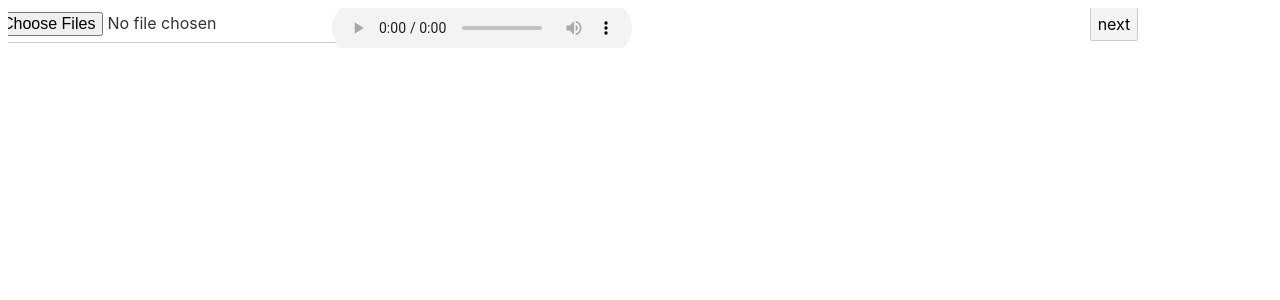
Repository: cgaof/local-music
Page: /
The author's editor kept a copy of each file at every save. The page is drawn from the files as they stood at one save, then again after the next save.
The browser window is 1280 px wide. The pictures show the whole page.
The project was rebuilt for these pictures with package versions that can differ from the ones it lists, and the page was loaded fresh each time. Also part of the build but not shown: webpack.config.js.

Above is the page before, as saved 2020-07-23 10:32:27.

### src/App.svelte
<div class="body">
	<input type="file" id="file" multiple on:change={handleChangeFile}>
	<audio id="audio_id" bind:this={audioDom} poster="http://img.lanrentuku.com/img/allimg/1810/15409966139768.jpg" controls autoplay on:ended={handleMusicEnded} src={src} >Your browser can't support HTML5 Audio</audio>
	<h2 id="name">{name}</h2>
	<button id="next" on:click={handleChangeMusic}>next</button>
</div>
<script>
			let audioDom = null;
			let name = "";
			let src = null;
      const audioList = [];
			let audioIdx = 0;
			function handleChangeFile () {
				const files = file.files;
        const len = files.length;
        let i = 0;
        while (i < len) {
          const obj = {
            title: files[i].name.replace(/\..*$/, ''),
            url: URL.createObjectURL(files[i])
          };
          audioList.push(obj);
          i++;
        };
        nextAudio();
        mediasession();
			}
			function handleChangeMusic() {
				nextAudio();
			}
			function handleMusicEnded() {
				nextAudio();
			}
      /**
       * pre 有值代表播放上一首
      */
      function nextAudio(pre) {
        if (audioIdx >= audioList.length) {
          audioIdx = 0;
        }
        if (audioIdx <= 0) {
          audioIdx = audioList.length - 1;
        }
        const { url, title } = audioList[audioIdx];
        src = url;
        name = title;
        if ('mediaSession' in navigator) {
          navigator.mediaSession.metadata = new MediaMetadata({
            title: title,
            artist: '未知',
            artwork: [
              {src: 'http://img.lanrentuku.com/img/allimg/1810/15409966139768.jpg', sizes: '192x192'}
            ]
          });
        }
        if (pre) {
          audioIdx += -1;
        } else {
          audioIdx++;
        }
      };
      function mediasession() {
        if ('mediaSession' in navigator) {
          const ms = navigator.mediaSession;
          ms.setActionHandler('play', function() {
            audioDom.play();
          });
          ms.setActionHandler('nexttrack', function() {
            nextAudio();
          });
          ms.setActionHandler('previoustrack', function() {
            nextAudio('pre');
          });
          ms.setActionHandler('pause', function() {
            audioDom.pause();
          });
        }
      }
</script>

<style>
	.body {
    display: grid;
    grid-template-columns: repeat(4, 25%);
    grid-template-rows: repeat(1, 40px);
    justify-items: center;
    align-items: center;
    overflow: hidden;
    word-wrap: break-word;
  }
  h2 {
    width: 100%;
    white-space: nowrap;
    overflow: hidden;
    text-overflow: ellipsis;
  }
</style>

### public/global.css
html, body {
	position: relative;
	width: 100%;
	height: 100%;
}

body {
	color: #333;
	margin: 0;
	padding: 8px;
	box-sizing: border-box;
	font-family: -apple-system, BlinkMacSystemFont, "Segoe UI", Roboto, Oxygen-Sans, Ubuntu, Cantarell, "Helvetica Neue", sans-serif;
}

a {
	color: rgb(0,100,200);
	text-decoration: none;
}

a:hover {
	text-decoration: underline;
}

a:visited {
	color: rgb(0,80,160);
}

label {
	display: block;
}

input, button, select, textarea {
	font-family: inherit;
	font-size: inherit;
	padding: 0.4em;
	margin: 0 0 0.5em 0;
	box-sizing: border-box;
	border: 1px solid #ccc;
	border-radius: 2px;
}

input:disabled {
	color: #ccc;
}

input[type="range"] {
	height: 0;
}

button {
	background-color: #f4f4f4;
	outline: none;
}

button:active {
	background-color: #ddd;
}

button:focus {
	border-color: #666;
}

Loaded but not shown: public/index.html (common file); src/main.js (common file)

After the next save:
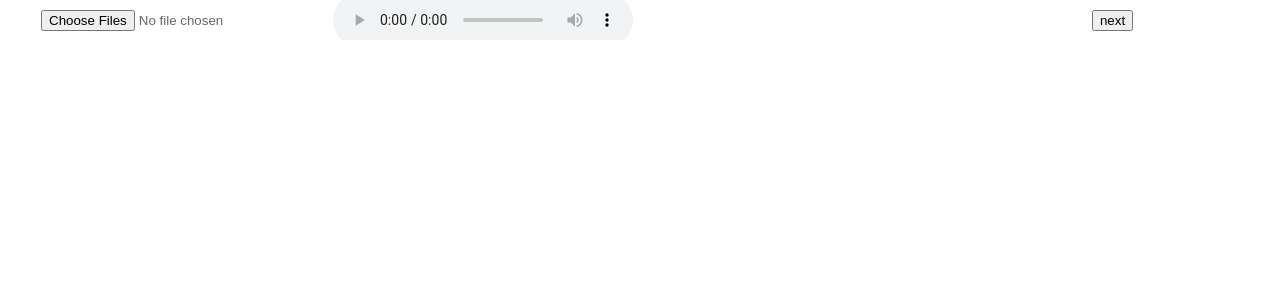
Saved 98 s later.
--- a/public/global.css
+++ b/public/global.css
@@ -1,61 +1,68 @@
-html, body {
-	position: relative;
-	width: 100%;
-	height: 100%;
-}
-
-body {
-	color: #333;
-	margin: 0;
-	padding: 8px;
-	box-sizing: border-box;
-	font-family: -apple-system, BlinkMacSystemFont, "Segoe UI", Roboto, Oxygen-Sans, Ubuntu, Cantarell, "Helvetica Neue", sans-serif;
-}
-
-a {
-	color: rgb(0,100,200);
-	text-decoration: none;
-}
-
-a:hover {
-	text-decoration: underline;
-}
-
-a:visited {
-	color: rgb(0,80,160);
-}
-
-label {
-	display: block;
-}
-
-input, button, select, textarea {
-	font-family: inherit;
-	font-size: inherit;
-	padding: 0.4em;
-	margin: 0 0 0.5em 0;
-	box-sizing: border-box;
-	border: 1px solid #ccc;
-	border-radius: 2px;
-}
-
-input:disabled {
-	color: #ccc;
-}
-
-input[type="range"] {
-	height: 0;
-}
-
-button {
-	background-color: #f4f4f4;
-	outline: none;
-}
-
-button:active {
-	background-color: #ddd;
-}
-
-button:focus {
-	border-color: #666;
-}
+html {
+	overflow-x:auto;
+	overflow-y:scroll;
+	}
+	body, dl, dt, dd, ul, ol, li, pre, form, fieldset, input, p, blockquote, th, td {
+	font-weight:400;
+	margin:0;
+	padding:0;
+	}
+	h1, h2, h3, h4, h4, h5 {
+	margin:0;
+	padding:0;
+	}
+	body {
+	background-color:#FFFFFF;
+	color:#666666;
+	font-family:Helvetica,Arial,sans-serif;
+	font-size:12px;
+	padding:0 10px;
+	text-align:left;
+	}
+	select {
+	font-size:12px;
+	}
+	table {
+	border-collapse:collapse;
+	}
+	fieldset, img {
+	border:0 none;
+	}
+	fieldset {
+	margin:0;
+	padding:0;
+	}
+	fieldset p {
+	margin:0;
+	padding:0 0 0 8px;
+	}
+	legend {
+	display:none;
+	}
+	address, caption, em, strong, th, i {
+	font-style:normal;
+	font-weight:400;
+	}
+	table caption {
+	margin-left:-1px;
+	}
+	hr {
+	border-bottom:1px solid #FFFFFF;
+	border-top:1px solid #E4E4E4;
+	border-width:1px 0;
+	clear:both;
+	height:2px;
+	margin:5px 0;
+	overflow:hidden;
+	}
+	ol, ul {
+	list-style-image:none;
+	list-style-position:outside;
+	list-style-type:none;
+	}
+	caption, th {
+	text-align:left;
+	}
+	q:before, q:after, blockquote:before, blockquote:after {
+	content:””;
+	}
